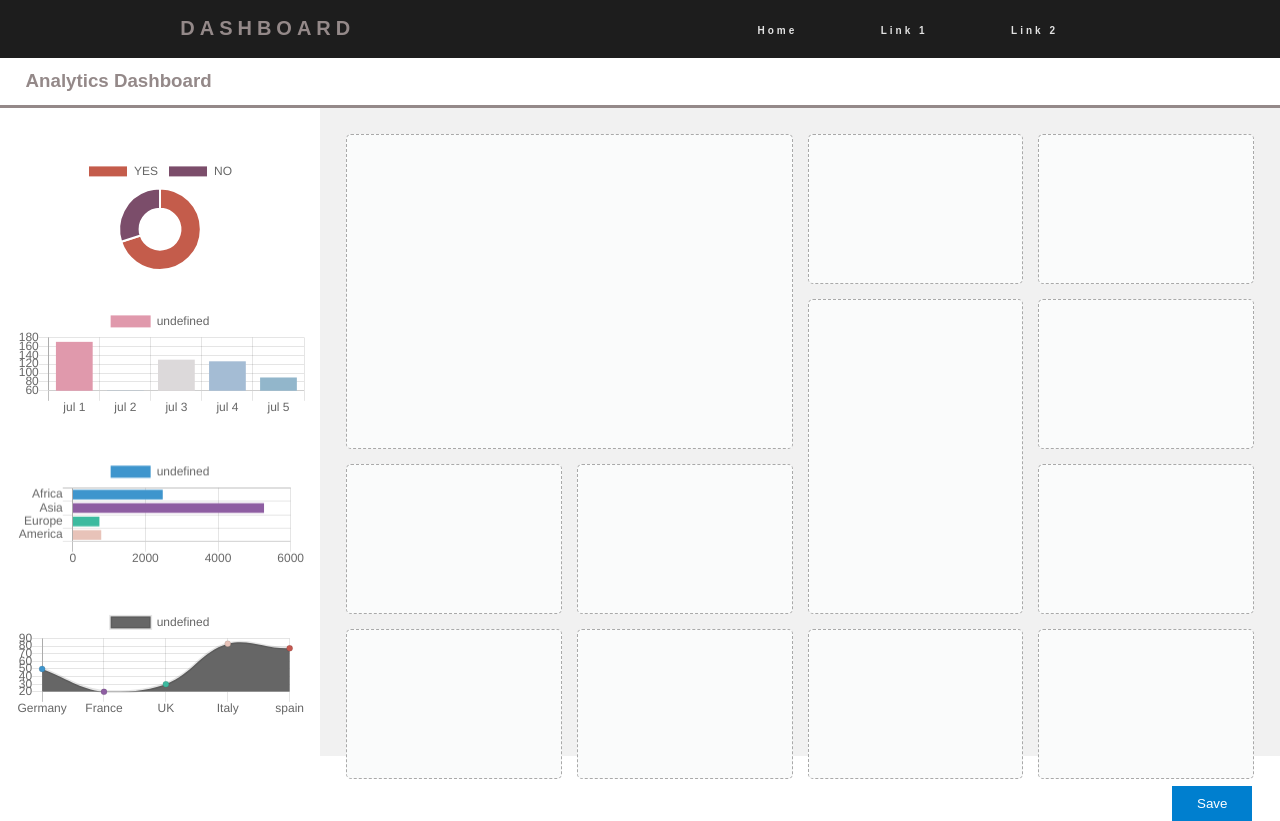
Repository: nourabdelhakam/drag-drop
Page: index.html
The author's editor kept a copy of each file at every save. The page is drawn from the files as they stood at one save, then again after the next save.
The browser window is 1280 px wide. The pictures show the whole page.
Some web libraries are served in a nearby version.

Above is the page before, as saved 2020-07-06 00:37:40.

After the next save:
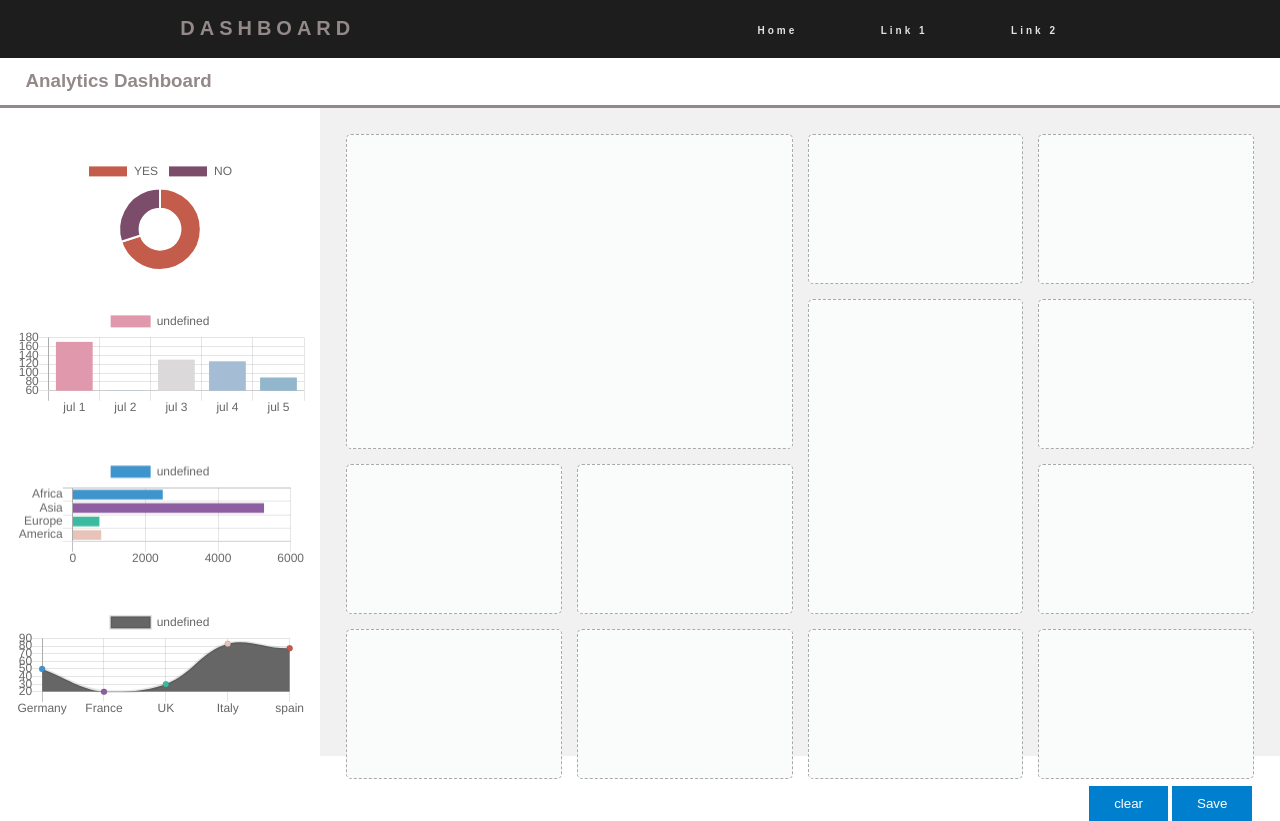
Saved 15 s later.
--- a/index.html
+++ b/index.html
@@ -57,7 +57,7 @@
                   </div>
                   <button class="btn" id="saveBtn">Save</button>
                   <button class="btn"  id="tempBtn">Template</button>
-                  <button class="btn" style="display: none;"  id="clearTempBtn">clear</button>
+                  <button class="btn"  id="clearTempBtn">clear</button>
 
               </div>
               <div id="preview" class="wrapper">

After the save that followed:
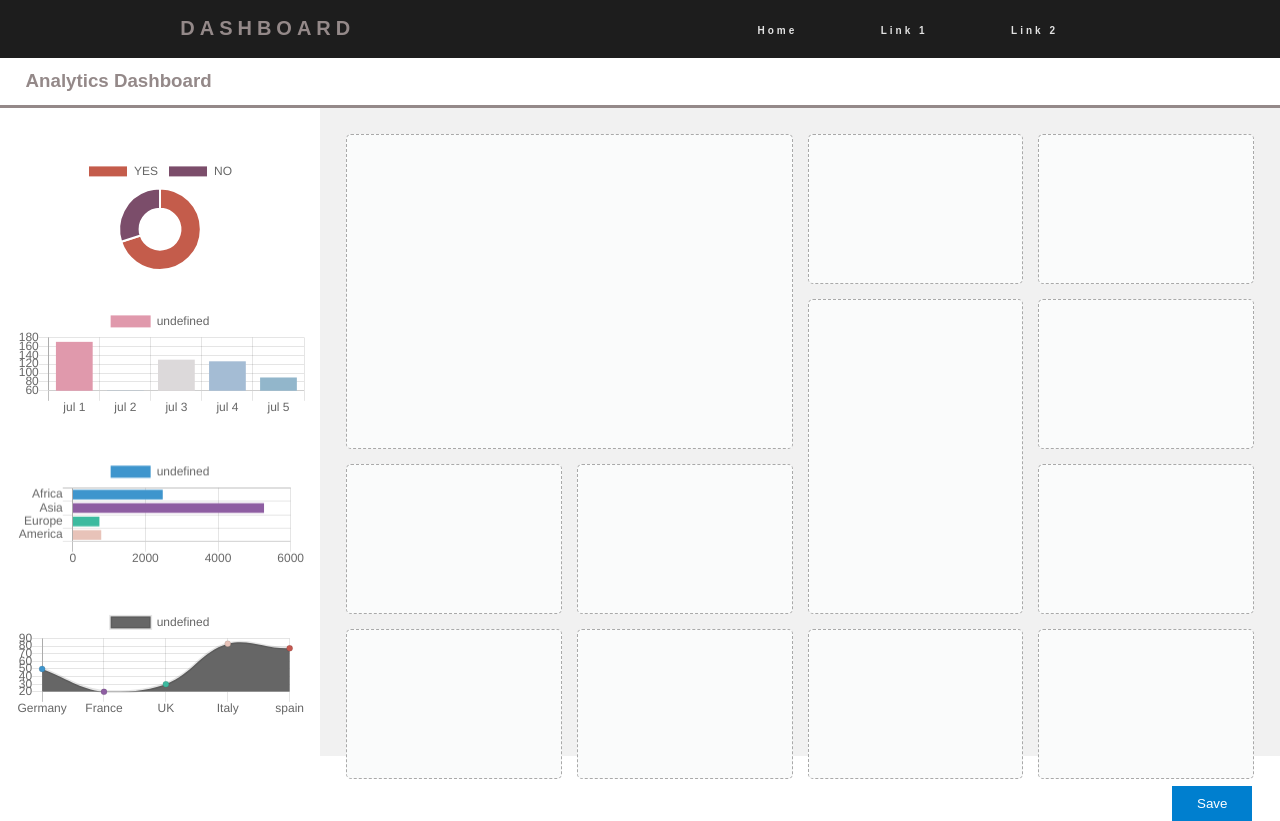
Saved 5 s later.
--- a/index.html
+++ b/index.html
@@ -57,7 +57,7 @@
                   </div>
                   <button class="btn" id="saveBtn">Save</button>
                   <button class="btn"  id="tempBtn">Template</button>
-                  <button class="btn"  id="clearTempBtn">clear</button>
+                  <button class="btn" style="display: none;"  id="clearTempBtn">clear</button>
 
               </div>
               <div id="preview" class="wrapper">
